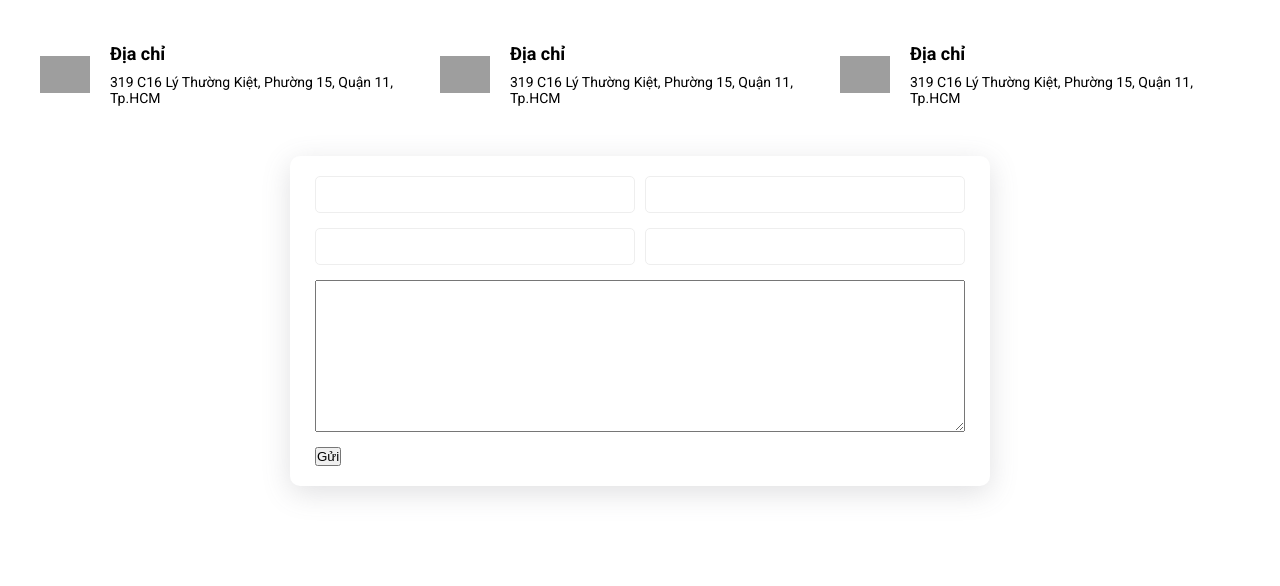
Repository: web345/WEBNANGCAO-clock-
Page: contact.html
These files come from the project's save history. The page is drawn as it stood at one moment and after the next save; the edit follows.
The browser window is 1280 px wide. The pictures show the part of the page from y = 678 to 1264 px (the page is 1264 px tall).
Pictures or frames that could not be fetched are drawn as grey boxes. Some web libraries are served in a nearby version.

Above is the page before, as saved 2021-09-10 20:27:48.

### contact.html
<!DOCTYPE html>
<html lang="en">
  <head>
    <meta charset="UTF-8" />
    <meta http-equiv="X-UA-Compatible" content="IE=edge" />
    <meta name="viewport" content="width=device-width, initial-scale=1.0" />
    <title>Document</title>
    <link rel="preconnect" href="https://fonts.gstatic.com" />
    <link
      href="https://fonts.googleapis.com/css2?family=Roboto:ital,wght@0,100;0,300;0,400;0,500;0,700;0,900;1,100;1,300;1,400;1,500;1,700;1,900&display=swap"
      rel="stylesheet"
    />
    <link rel="stylesheet" href="./CSS/index.css" />
    <link rel="stylesheet" href="./CSS/contact.css" />
    <link
      rel="stylesheet"
      href="https://cdnjs.cloudflare.com/ajax/libs/font-awesome/5.15.3/css/all.min.css"
    />
    <!-- thư viện slick slider  -->
    <link
      rel="stylesheet"
      type="text/css"
      href="//cdn.jsdelivr.net/npm/slick-carousel@1.8.1/slick/slick.css"
    />
  </head>
  <body>
    <header>
      <div class="header-1">
        <div class="container">
          <div class="header-1-s">
            <div class="header-1-item-1">
              <p class="header-1-item-text-1">
                <i class="fas fa-map-marker-alt icon"></i> 319 - C16 Lý Thường
                Kiệt, P.15, Q.11, Tp.HCM
              </p>
              <p class="header-1-item-text-1">
                <i class="fas fa-phone-alt icon"></i>
                <a href="" class="header-1-item-text-link">076 922 0162</a>
              </p>
            </div>
            <div class="header-1-item-1">
              <p class="header-1-item-text-2">
                <a href="" class="header-1-item-text-link"
                  ><i class="fab fa-facebook-f"></i
                ></a>
              </p>
              <p class="header-1-item-text-2">
                <a href="" class="header-1-item-text-link"
                  ><i class="fab fa-instagram"></i
                ></a>
              </p>
              <p class="header-1-item-text-2">
                <a href="" class="header-1-item-text-link"
                  ><i class="fab fa-twitter"></i
                ></a>
              </p>
            </div>
          </div>
        </div>
      </div>

      <div class="header-2">
        <div class="container">
          <div class="header-2-s">
            <div class="header-2-logo">
              <img src="./logo/logo-mona-2.png" alt="" />
            </div>

            <div class="header-2-search">
              <input type="text" placeholder="Tìm kiếm" />
              <button type="submit"><i class="fas fa-search"></i></button>
            </div>

            <div class="header-2-right">
              <p class="header-2-right-text">
                <a href=""><i class="fas fa-heart"></i></a>
              </p>
              <p class="header-2-right-cart">
                <span class="header-2-right-number">0</span>
              </p>
            </div>
          </div>
        </div>
      </div>

      <!-- lam phan icon de dropmenu khi responsive -->
      <input type="checkbox" id="toggle-menu" />
      <label for="toggle-menu" class="header-icon-responsive">
        <i class="fas fa-bars" id="header-icon1"></i>
        <i class="fas fa-times" id="header-icon2"></i>
      </label>
      <div class="header-3">
        <div class="header-3-s">
          <ul class="header-3-list">
            <li class="header-3-list-item active">
              <a href="./index.html" class="header-3-list-item-link"
                >Trang chủ</a
              >
            </li>
            <li class="header-3-list-item">
              <a href="./introduce.html" class="header-3-list-item-link"
                >Giới thiệu</a
              >
            </li>
            <li class="header-3-list-item">
              <a href="./product-boy.html" class="header-3-list-item-link"
                >đồng hồ nam</a
              >
            </li>
            <li class="header-3-list-item">
              <a href="./product-girl.html" class="header-3-list-item-link"
                >đồng hồ nữ</a
              >
            </li>
            <li class="header-3-list-item">
              <a href="./news.html" class="header-3-list-item-link">blogs</a>
            </li>
            <li class="header-3-list-item">
              <a href="./contact.html" class="header-3-list-item-link"
                >liên hệ</a
              >
            </li>
            <li class="header-3-list-item">
              <a href="" class="header-3-list-item-link">Đăng nhập</a>
            </li>
            <li class="header-3-list-item header-3-list-item-mobile">
              <div class="header-3-list-item-search">
                <input
                  type="text"
                  name=""
                  id=""
                  class="header-3-list-item-search-input"
                  placeholder="Tìm kiếm"
                />
                <button class="header-3-list-item-search-btn" type="submit">
                  <i class="fas fa-search"></i>
                </button>
              </div>
            </li>
          </ul>
        </div>
      </div>
    </header>
    <!-- hết phần header  -->

    <div class="contact">
      <div class="container">
        <div class="contact-maps">
          <div class="contact__maps-epu">
            <iframe
              src="https://www.google.com/maps/embed?pb=!1m18!1m12!1m3!1d3723.657060482336!2d105.78272751429809!3d21.04640359255304!2m3!1f0!2f0!3f0!3m2!1i1024!2i768!4f13.1!3m3!1m2!1s0x3135abb158a2305d%3A0x5c357d21c785ea3d!2zVHLGsOG7nW5nIMSQ4bqhaSBo4buNYyDEkGnhu4duIEzhu7Fj!5e0!3m2!1svi!2s!4v1631268219230!5m2!1svi!2s"
              width="1200"
              height="450"
              style="border: 0"
              allowfullscreen=""
              loading="lazy"
            ></iframe>
          </div>
        </div>
        <div class="contact-list">
          <div class="contact-item">
            <img src="./contact/contact1.PNG" alt="" class="contact-image" />
            <div class="contact-info">
              <h3 class="info-name">Địa chỉ</h3>
              <p class="info-desc">
                319 C16 Lý Thường Kiệt, Phường 15, Quận 11, Tp.HCM
              </p>
            </div>
          </div>
          <div class="contact-item">
            <img src="./contact/contact1.PNG" alt="" class="contact-image" />
            <div class="contact-info">
              <h3 class="info-name">Địa chỉ</h3>
              <p class="info-desc">
                319 C16 Lý Thường Kiệt, Phường 15, Quận 11, Tp.HCM
              </p>
            </div>
          </div>
          <div class="contact-item">
            <img src="./contact/contact1.PNG" alt="" class="contact-image" />
            <div class="contact-info">
              <h3 class="info-name">Địa chỉ</h3>
              <p class="info-desc">
                319 C16 Lý Thường Kiệt, Phường 15, Quận 11, Tp.HCM
              </p>
            </div>
          </div>
        </div>
        <form action="#">
          <div class="form-group">
            <input type="text" class="contact-form" />
            <input type="text" class="contact-form" />
          </div>
          <div class="form-group">
            <input type="text" class="contact-form" />
            <input type="text" class="contact-form" />
          </div>
          <div class="form-group">
            <textarea name="" id="" cols="30" rows="10"></textarea>
          </div>
          <button type="submit" class="btn-contact">Gửi</button>
        </form>
      </div>
    </div>

    <!-- làm phần footer  -->
    <!-- <footer>
      <div class="container">
        <div class="footer-s">
          <div class="row2">
            <div class="footer-item footer-item-1">
              <h2 class="footer-item-tittle">THÔNG TIN LIÊN HỆ</h2>
              <div class="footer-item-list">
                <div class="footer-item-list-item">
                  <div class="footer-item-list-item-icon">
                    <i class="fas fa-map-marker-alt"></i>
                  </div>
                  <div class="footer-item-list-item-text">
                    <p>
                      <a href=""
                        >319 C16 Lý Thường Kiệt, Phường 15, Quận 11, Tp.HCM</a
                      >
                    </p>
                  </div>
                </div>

                <div class="footer-item-list-item">
                  <div class="footer-item-list-item-icon">
                    <i class="fas fa-phone-alt"></i>
                  </div>
                  <div class="footer-item-list-item-text">
                    <p><a href="">076 922 0162</a></p>
                  </div>
                </div>

                <div class="footer-item-list-item">
                  <div class="footer-item-list-item-icon">
                    <i class="fas fa-envelope-open-text"></i>
                  </div>
                  <div class="footer-item-list-item-text">
                    <p><a href="">demonhunterg@gmail.com mon@mona.media</a></p>
                  </div>
                </div>

                <div class="footer-item-list-item">
                  <div class="footer-item-list-item-icon">
                    <i class="fab fa-skype"></i>
                  </div>
                  <div class="footer-item-list-item-text">
                    <p><a href="">demonhunterp</a></p>
                  </div>
                </div>
              </div>
              <div class="footer-item-icon">
                <div class="footer-item-icon-item footer-item-icon-item-face">
                  <a href=""><i class="fab fa-facebook-f"></i></a>
                </div>
                <div class="footer-item-icon-item footer-item-icon-item-insta">
                  <a href=""><i class="fab fa-instagram"></i></a>
                </div>
                <div
                  class="footer-item-icon-item footer-item-icon-item-twitter"
                >
                  <a href=""><i class="fab fa-twitter"></i></a>
                </div>
                <div class="footer-item-icon-item footer-item-icon-item-wifi">
                  <a href=""><i class="fas fa-wifi"></i></a>
                </div>
                <div class="footer-item-icon-item footer-item-icon-item-linked">
                  <a href=""><i class="fab fa-linkedin-in"></i></a>
                </div>
              </div>
            </div>

            <div class="footer-item footer-item-1">
              <h2 class="footer-item-tittle">LIÊN KẾT</h2>
              <div class="footer-item-list">
                <div class="footer-item-list-item">
                  <div class="footer-item-list-item-text">
                    <p><a href="./introduce.html">Giới thiệu</a></p>
                  </div>
                </div>

                <div class="footer-item-list-item">
                  <div class="footer-item-list-item-text">
                    <p><a href="./product-boy.html">Đồng hồ nam</a></p>
                  </div>
                </div>

                <div class="footer-item-list-item">
                  <div class="footer-item-list-item-text">
                    <p><a href="./product-girl.html">Đồng hồ nữ</a></p>
                  </div>
                </div>

                <div class="footer-item-list-item">
                  <div class="footer-item-list-item-text">
                    <p><a href="./news.html">Blogs</a></p>
                  </div>
                </div>

                <div class="footer-item-list-item">
                  <div class="footer-item-list-item-text">
                    <p><a href="./contact.html">Liên hệ</a></p>
                  </div>
                </div>
              </div>
            </div>

            <div class="footer-item footer-item-1">
              <h2 class="footer-item-tittle">HỖ TRỢ</h2>
              <div class="footer-item-list">
                <div class="footer-item-list-item">
                  <div class="footer-item-list-item-text">
                    <p><a href="./introduce.html">Hướng dẫn mua hàng</a></p>
                  </div>
                </div>

                <div class="footer-item-list-item">
                  <div class="footer-item-list-item-text">
                    <p><a href="./introduce.html">Hướng dẫn thanh toán</a></p>
                  </div>
                </div>

                <div class="footer-item-list-item">
                  <div class="footer-item-list-item-text">
                    <p><a href="./introduce.html">Chính sách bảo hành</a></p>
                  </div>
                </div>

                <div class="footer-item-list-item">
                  <div class="footer-item-list-item-text">
                    <p><a href="./introduce.html">Chính sách đổi trả</a></p>
                  </div>
                </div>

                <div class="footer-item-list-item">
                  <div class="footer-item-list-item-text">
                    <p><a href="./contact.html">Tư vấn khách hàng</a></p>
                  </div>
                </div>
              </div>
            </div>

            <div class="footer-item footer-item-4">
              <h2 class="footer-item-tittle">TẢI ỨNG DỤNG TRÊN</h2>
              <div class="footer-item-list">
                <div class="footer-item-list-item">
                  <div class="footer-item-list-item-text">
                    <p>
                      <a href=""
                        >Ứng dụng Mona Watch hiện có sẵn trên Google Play & App
                        Store. Tải nó ngay.</a
                      >
                    </p>
                  </div>
                </div>

                <div class="footer-item-list-item">
                  <img
                    class="footer-item-list-item-img"
                    src="http://mauweb.monamedia.net/donghohaitrieu/wp-content/uploads/2019/07/img-googleplay.jpg"
                    alt=""
                  />
                </div>

                <div class="footer-item-list-item">
                  <img
                    class="footer-item-list-item-img"
                    src="http://mauweb.monamedia.net/donghohaitrieu/wp-content/uploads/2019/07/img-appstore.jpg"
                    alt=""
                  />
                </div>
              </div>
            </div>
          </div>
        </div>
      </div>
      <h3 class="footer-banquyen">Lương Ngọc Vinh - Nguyễn Huy Hoàng</h3>
    </footer> -->

    <!-- thư viện js của jquery -->
    <script src="https://cdnjs.cloudflare.com/ajax/libs/jquery/3.6.0/jquery.min.js"></script>
    <!-- thư viện js của AOS -->
    <script src="https://cdnjs.cloudflare.com/ajax/libs/aos/2.0.2/aos.js"></script>
    <script>
      AOS.init({
        offset: 120,
        duration: 500,
      });
    </script>
    <!-- thư viện js của slick slider -->
    <script
      type="text/javascript"
      src="//cdn.jsdelivr.net/npm/slick-carousel@1.8.1/slick/slick.min.js"
    ></script>
    <script>
      $(document).ready(function () {
        $(".single-item").slick({
          autoplay: true,
          autoplaySpeed: 2000,
          prevArrow: ".main-banner-arrow-left",
          nextArrow: ".main-banner-arrow-right",
        });

        $(".responsive").slick({
          dots: false,
          infinite: true,
          speed: 300,
          slidesToShow: 4,
          slidesToScroll: 4,
          prevArrow: ".main-3-tittle-arrow-left",
          nextArrow: ".main-3-tittle-arrow-right",
          autoplay: true,
          autoplaySpeed: 1500,
          responsive: [
            {
              breakpoint: 1024,
              settings: {
                slidesToShow: 3,
                slidesToScroll: 3,
                infinite: true,
                dots: false,
              },
            },
            {
              breakpoint: 680,
              settings: {
                slidesToShow: 2,
                slidesToScroll: 2,
              },
            },
            {
              breakpoint: 480,
              settings: {
                slidesToShow: 1,
                slidesToScroll: 1,
              },
            },
            // You can unslick at a given breakpoint now by adding:
            // settings: "unslick"
            // instead of a settings object
          ],
        });
      });
    </script>
  </body>
</html>

### CSS/contact.css
.contact {
  margin-top: 30px;
  margin-bottom: 100px;
}

.contact-list {
  margin-top: 40px;
  display: flex;
  justify-content: space-between;
}
.contact-item {
  display: flex;
  align-items: center;
}

.contact-item img {
  width: 50px;
  margin-right: 20px;
}

h3.info-name {
  font-size: 18px;
  margin-bottom: 10px;
}

form {
  max-width: 700px;
  width: 100%;
  margin: 50px auto 0;
  background-color: #fff;
  box-shadow: rgba(100, 100, 111, 0.2) 0px 7px 29px 0px;
  padding: 20px 25px;
  border-radius: 10px;
}

.form-group {
  display: flex;
  align-items: center;
  gap: 10px;
  margin-bottom: 15px;
}

.form-group input {
  width: 50%;
  padding: 10px 15px;
  outline: none;
  border: 1px solid #eee;
  border-radius: 5px;
  transition: all 0.25s linear;
}

.form-group input:focus {
  border-color: #3d6ef7;
}

.form-group textarea {
  width: 100%;
}

Loaded but not shown: CSS/index.css (1088 lines, source omitted)

After the next save:
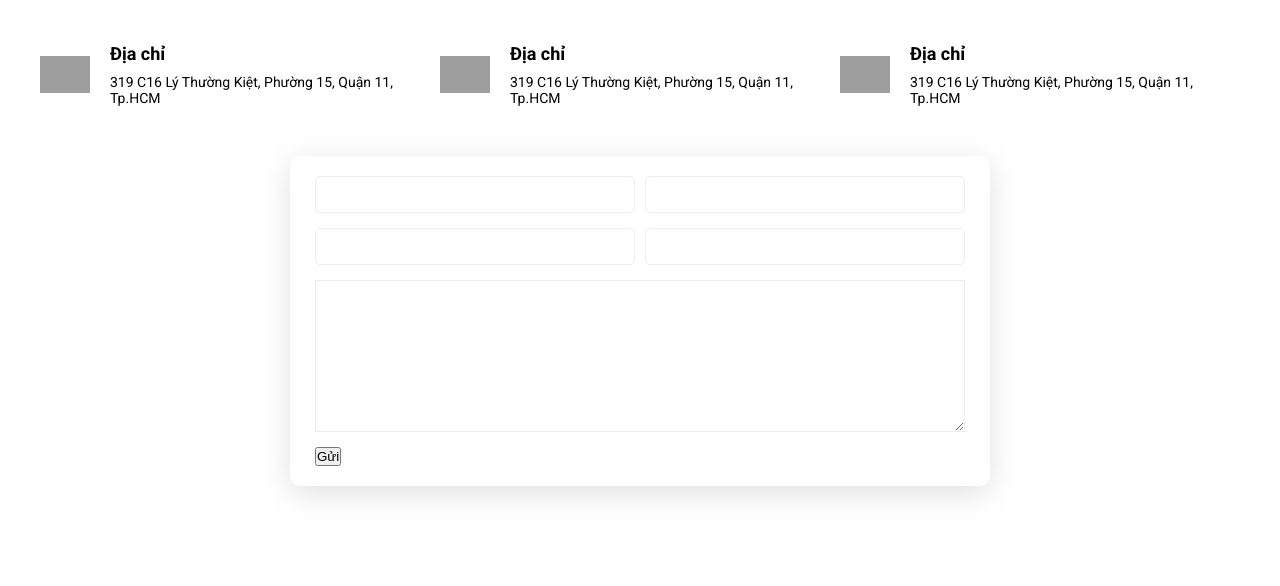
Saved 41 s later.
--- a/CSS/contact.css
+++ b/CSS/contact.css
@@ -55,4 +55,6 @@ form {
 
 .form-group textarea {
   width: 100%;
+  outline: none;
+  border: 1px solid #eee;
 }
